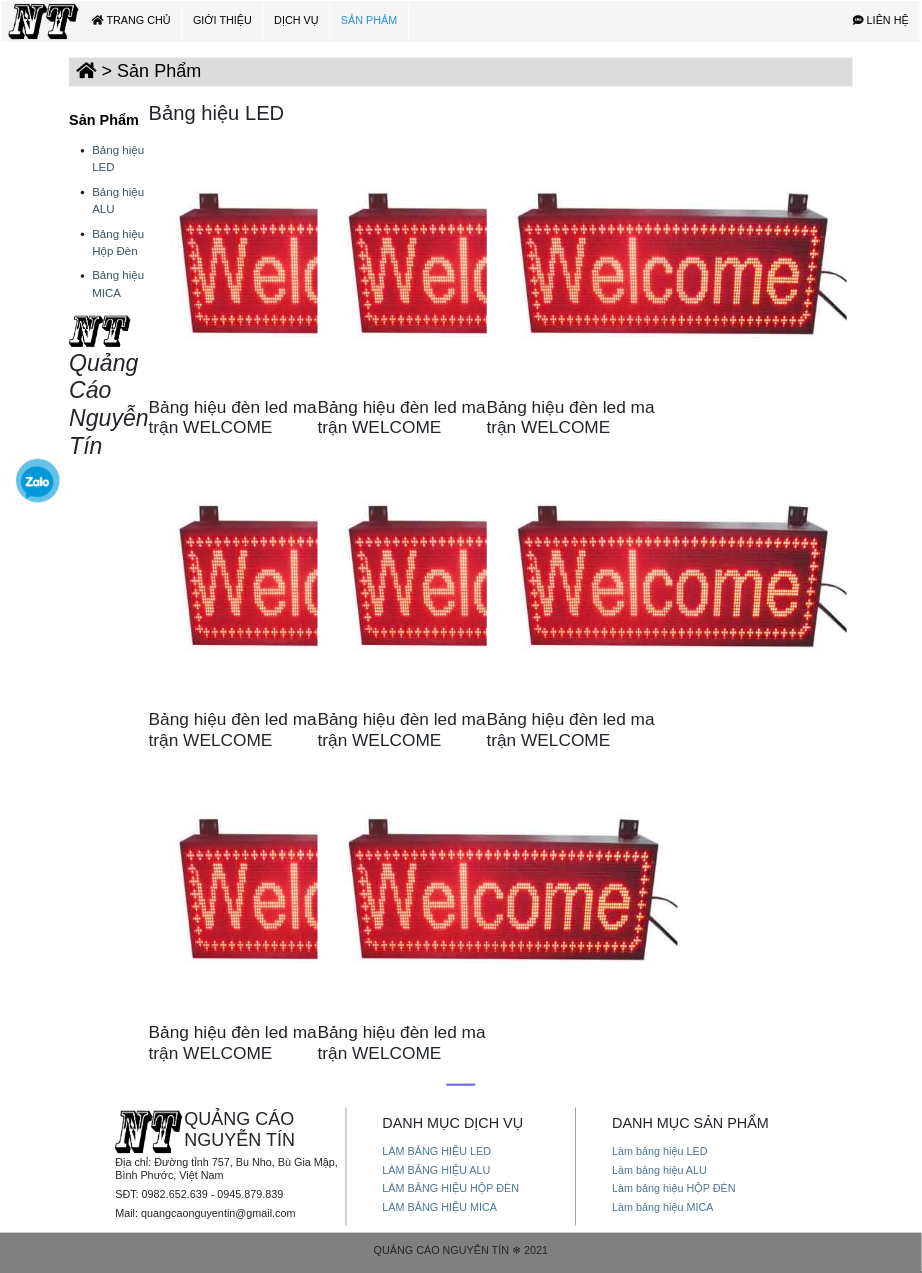
Repository: Haunguyen42193/quangcaonguyentin.github.io
Page: product.html
An editor plug-in stored every save of this project. The page is shown before and after the next save, followed by the edit.
The browser window is 1280 px wide. The pictures show the whole page, at 72% of full size.
Some web fonts or font styles are not loaded; a fallback is used. Some web libraries are served in a nearby version.

Above is the page before, as saved 2021-10-13 16:48:00.
Console error: ReferenceError: init is not defined

### product.html
<!DOCTYPE html>
<html lang="en">
<head>
    <meta charset="UTF-8">
    <meta http-equiv="X-UA-Compatible" content="IE=edge">
    <meta name="viewport" content="width=device-width, initial-scale=1.0">
    <meta http-equiv="refresh" content="18000"/>
    <title>Quảng Cáo Nguyễn Tín</title>
    <link rel="shotcut icon" href="images/logo2.png"/>
    <link
    rel="stylesheet"
    href="https://cdnjs.cloudflare.com/ajax/libs/animate.css/4.1.1/animate.min.css"
    />
    <!--carousel-->
    <link href="https://cdn.jsdelivr.net/npm/bootstrap@5.1.0/dist/css/bootstrap.min.css" rel="stylesheet" integrity="sha384-KyZXEAg3QhqLMpG8r+8fhAXLRk2vvoC2f3B09zVXn8CA5QIVfZOJ3BCsw2P0p/We" crossorigin="anonymous">
    <!--font awesome-->
    <link rel="stylesheet" href="https://pro.fontawesome.com/releases/v5.10.0/css/all.css" integrity="sha384-AYmEC3Yw5cVb3ZcuHtOA93w35dYTsvhLPVnYs9eStHfGJvOvKxVfELGroGkvsg+p" crossorigin="anonymous"/>
    <!--css-->
    <link rel="stylesheet" href="CSS/styleproduct.css"/>
    <!--font chữ-->
    <link rel="preconnect" href="https://fonts.googleapis.com">
    <link rel="preconnect" href="https://fonts.gstatic.com" crossorigin>
    <link href="https://fonts.googleapis.com/css2?family=K2D:wght@600&display=swap" rel="stylesheet">
    <!-- JavaScript Bundle with Popper -->
    <script src="https://cdn.jsdelivr.net/npm/bootstrap@5.1.0/dist/js/bootstrap.bundle.min.js" integrity="sha384-U1DAWAznBHeqEIlVSCgzq+c9gqGAJn5c/t99JyeKa9xxaYpSvHU5awsuZVVFIhvj" crossorigin="anonymous"></script>
    <!--Jquery-->
    <script src="Js/jquery-3.6.0.min.js"></script>
    <!--wowjs-->
    <script src="https://cdnjs.cloudflare.com/ajax/libs/wow/1.1.2/wow.min.js" integrity="sha512-Eak/29OTpb36LLo2r47IpVzPBLXnAMPAVypbSZiZ4Qkf8p/7S/XRG5xp7OKWPPYfJT6metI+IORkR5G8F900+g==" crossorigin="anonymous" referrerpolicy="no-referrer"></script>

</head>
<body onload="init()">
    <script src="Js/jsproduct.js"></script>
    <!--Menu-->
    <nav class="header-menu">
        <div class="menu">
            <div class="logo">
                <a href="homepage.html"><img src="images/logo2.png" alt="bang quang cao tiem" id="logotiem"/></a>
            </div>
            <ul>
                <li><a href="homepage.html"><i class="fas fa-home"></i> TRANG CHỦ</a></li>
                <li><a href="introduce.html">GIỚI THIỆU</a></li>
                <li class="sub"><a href="service.html">DỊCH VỤ</a>
                    <ul class="menu subcontent">
                        <li><a href="service.html#tab1" rel="service.html#LED">LÀM BẢNG HIỆU LED</a></li>
                        <li><a href="service.html#tab2" rel="service.html#ALU">LÀM BẢNG HIỆU ALU</a></li>
                        <li><a href="service.html#tab3" rel="service.html#Hd">LÀM BẢNG HIỆU HỘP ĐÈN</a></li>
                        <li><a href="service.html#tab4" rel="service.html#MICA">LÀM BẢNG HIỆU MICA</a></li>
                    </ul>
                </li>
                <li class="sub"><a href="product.html" class="chose">SẢN PHẢM</a>
                    <ul class="menu subcontent">
                        <li><a href="#">BẢNG HIỆU LED</a></li>
                        <li><a href="#">BẢNG HIỆU ALU</a></li>
                        <li><a href="#">BẢNG HIỆU HỘP ĐÈN</a></li>
                        <li><a href="#">BẢNG HIỆU MICA</a></li>
                    </ul>
                </li>
                <li><a href="contact.html"><i class="fas fa-sms"></i> LIÊN HỆ</a></li>
            </ul>
        </div>
    </nav>
    <!--page-->
    <section>
        <div class="page">
            <div>
                <a href="homepage.html" title="Trang chủ"><i class="fas fa-home"></i></a>
                <span>></span>
                <span class="move">Sản Phẩm</span>
            </div>
        </div>
    </section>
    <!--go to top-->
    <section>
        <div>
            <a id="goToTop" href="javascript:;"><i class="fas fa-chevron-up" title="GO TO TOP"></i></a>
        </div>
    </section>
    <!--zalo-->
    <section >
        <div class="zalo">
            <a href="https://zalo.me/0982652639" target="_blank"><img src="images/icon-zalo1.png"/></a>
        </div>
        <div class="zalo-circle"></div>
        <div class="zalo-circle-small"></div>
    </section>

    <!--product-->
    <section class="product">
        <div class="product-menu">
            <h5><strong>Sản Phẩm</strong></h5>
            <ul>
                <li><a href="">Bảng hiệu LED</a></li>
                <li><a href="">Bảng hiệu ALU</a></li>
                <li><a href="">Bảng hiệu Hộp Đèn</a></li>
                <li><a href="">Bảng hiệu MICA</a></li>
            </ul>
            <img src="images/logo2.png" alt="image"/>
            <h2><i>Quảng Cáo Nguyễn Tín</i></h2>
        </div>
        <div class="product-contents">
            <div class="product-content">
                <h3>Bảng hiệu LED</h3>
                <div class="product-content-contents">
                    <div>
                        <img src="images/led.jpg" alt="image"/>
                        <h4>Bảng hiệu đèn led ma trận WELCOME</h4>
                    </div>
                    <div>
                        <img src="images/led.jpg" alt="image"/>
                        <h4>Bảng hiệu đèn led ma trận WELCOME</h4>
                    </div>
                    <div>
                        <img src="images/led.jpg" alt="image"/>
                        <h4>Bảng hiệu đèn led ma trận WELCOME</h4>
                    </div>
                    <div>
                        <img src="images/led.jpg" alt="image"/>
                        <h4>Bảng hiệu đèn led ma trận WELCOME</h4>
                    </div>
                    <div>
                        <img src="images/led.jpg" alt="image"/>
                        <h4>Bảng hiệu đèn led ma trận WELCOME</h4>
                    </div>
                    <div>
                        <img src="images/led.jpg" alt="image"/>
                        <h4>Bảng hiệu đèn led ma trận WELCOME</h4>
                    </div>
                    <div>
                        <img src="images/led.jpg" alt="image"/>
                        <h4>Bảng hiệu đèn led ma trận WELCOME</h4>
                    </div>
                    <div>
                        <img src="images/led.jpg" alt="image"/>
                        <h4>Bảng hiệu đèn led ma trận WELCOME</h4>
                    </div>
                </div>
            </div>
        </div>
    </section>
    <div class="line"></div>

    <!--foot-contact-->
    <section>
        <div class="foot-contacts">
          <div class="foot-contact">
            <img src="images/logo2.png" alt="logo" class="foot-logo" />
            <h1>QUẢNG CÁO NGUYỄN TÍN</h1>
            <h2>Địa chỉ: Đường tỉnh 757, Bu Nho, Bù Gia Mập, Bình Phước, Việt Nam</h2>
            <h2>SĐT: 0982.652.639 - 0945.879.839</h2>
            <h2>Mail: quangcaonguyentin@gmail.com</h2>
          </div>
          <div class="foot-service">
            <div class="foot-service-title">
              <h1>DANH MỤC DỊCH VỤ</h1>
            </div>
            <h2><a href="service.html#tab1" rel="service.html#LED">LÀM BẢNG HIỆU LED</a></h2>
            <h2><a href="service.html#tab2" rel="service.html#ALU">LÀM BẢNG HIỆU ALU</a></h2>
            <h2><a href="service.html#tab3" rel="service.html#Hd">LÀM BẢNG HIỆU HỘP ĐÈN</a></h2>
            <h2><a href="service.html#tab4" rel="service.html#MICA">LÀM BẢNG HIỆU MICA</a></h2>
          </div>
          <div class="foot-product">
            <div class="foot-service-title">
              <h1>DANH MỤC SẢN PHẨM</h1>
            </div>
            <h2><a href="#">Làm bảng hiệu LED</a></h2>
            <h2><a href="#">Làm bảng hiệu ALU</a></h2>
            <h2><a href="#">Làm bảng hiệu HỘP ĐÈN</a></h2>
            <h2><a href="#">Làm bảng hiệu MICA</a></h2>
          </div>
        </div>
    </section>
    <!--foot-->
    <div class="web-foot">
        <h2>QUẢNG CÁO NGUYỄN TÍN &#10052 2021</h2>
    </div>
</body>
</html>

### CSS/styleproduct.css
body {
    font-family: 'K2D', sans-serif;
    font-size: 15px;
    background-color: white;
    background-repeat: no-repeat;
    background-attachment: fixed;
    /* background:linear-gradient( #F18D9E, #E6D72A, #5BC8AC, #98DBC6); */
}
/*menu*/
.header-menu{
    width:100%;
    background-color: whitesmoke;
    padding-left: 10px;
    border: 2px solid white;
    position: fixed;
    z-index:99;
    top:0;
    left:0;

}
img#logotiem{
    width:100px;
    float:left;
}
div.menu > ul{
    display:flex;
    /* justify-content: center;
    align-items: center; */
}
div.menu ul{
    list-style-type: none;
    margin: 0;
    padding:0;
    background-color: whitesmoke;
}
div.menu ul li:last-child{
    margin-left: auto;
}
.subcontent{
    display:none;
    background: linear-gradient(gray, rgb(224, 222, 222));
}
.sub:hover .subcontent{
    display: block;
    position:absolute;
    width: 230px;
}

div.menu ul li{
    margin-bottom: 0px;
    position:relative;
    border-right: 1px solid white;
}

div.menu ul li a::before{
    content: '';
     position: absolute;
     bottom: -7px;
     left: 0px;
     width: 100%;
     height: 5px;
     background-color: #0cacdd;
     border-radius: 8px 8px 0 0;
     opacity: 0;
     transition: 0.3s;
}

div.menu ul li a:hover:before{
    opacity: 1;
    bottom:0;
}
div.menu ul li a{
    text-decoration: none;
    display: block;
    padding: 15px;
}
a:link{
    color:black;
}
a:visited{
    color:black;
}
a:hover{
    background-color: rgb(37, 32, 32);
    color: #2591d8;
}
a:active{
    color:rgb(35, 23, 201);
}

.subcontent::before{
    content: " ";
    border-width: 10px;
    border-style: solid;
    border-color:transparent transparent gray transparent;
    position: absolute;
    bottom: 100%;
    left:15%;
}
.chose{
    color: #2591d8 !important;
}
/*gototop*/
#goToTop {
    position: fixed;
    font-size: 30px;
    border-radius: 50%;
    z-index: 99;
    padding: 0 10px;
    border: 2px solid red;
    color: red;
    opacity: 0.5;
    right: 10px;
    bottom: 10px;
}
/*zalo*/
.zalo{
    position: fixed;
    z-index: 999;
    left: 29px;
    bottom: 28px;
    width: 3.5%;
}
.zalo-circle{
    position: fixed;
    z-index: 998;
    left: 15px;
    bottom: 15px;
    width: 75px;
    height: 75px;
    border: 20px solid #0098da;
    border-radius: 50%;
    opacity: 0;
    animation: zalo-ring-circle 2s infinite ease-out;
}
.zalo-circle-small{
    position: fixed;
    z-index: 998;
    left: 5px;
    bottom: 5px;
    width: 95px;
    height: 95px;
    border: 3px solid #0098da;
    border-radius: 50%;
    opacity: 0;
    animation: zalo-ring-circle-small 2s infinite ease-out;
}
.zalo img{
    width: 100%;
    animation:zalo-ring 1s infinite ease-in-out;
}
.zalo > a:hover{
    background-color: transparent;
}
@keyframes zalo-ring{
    0%{
        transform:rotate(0) scale(1) skew(1deg)
    }
    10%{
        transform:rotate(-25deg) scale(1.05) skew(1deg)
    }
    20%{
        transform:rotate(25deg) scale(1) skew(1deg)
    }
    30%{
        transform:rotate(-25deg) scale(1.05) skew(1deg)
    }
    40%{
        transform:rotate(25deg) scale(1) skew(1deg)
    }
    50%{
        transform:rotate(0) scale(1) skew(1deg)
    }
    100%{
        transform:rotate(0) scale(1) skew(1deg)
    }
}
@keyframes zalo-ring-circle{
    0%{
        transform: scale(0.8); opacity: 0.6;
    }
    50%{
        transform: scale(1); opacity: 0.6;
    }
    100%{
        transform: scale(0.8); opacity: 0.6;
    }
}
@keyframes zalo-ring-circle-small{
    0%{
        transform: scale(0.8); opacity: 0.6;
    }
    50%{
        transform: scale(1); opacity: 0.3;
    }
}
/*foot contact*/
.foot-contacts {
    display: flex;
    position: relative;
    top: 150px;
    justify-content: center;
}
.foot-contacts h2{
    font-size: 15px;
}
.foot-contact {
    display: flex;
    width: 350px;
    flex-wrap: wrap;
    width: 25%;
}
.foot-logo{
    width:30%;
}
.foot-contact h1{
    width: 50%;
    font-size: 25px;
}
.foot-service{
    position: relative;
    border-right: 1px solid gray;
    width:25%;
    padding: 0 50px;
    border-left: 1px solid gray;
}
.foot-product{
    position: relative;
    width: 25%;
    padding: 0 50px;
}
.foot-service-title h1{
    font-size: 20px;
    padding-bottom: 10px;
    padding-top: 10px;
}
.foot-contacts a{
    text-decoration: none;
}
.foot-contacts a:link{
    color: #4b7494;
}
.foot-contacts a:visited{
    color: #4b7494;
}
.foot-contacts a:hover{
    color: #0c0e0f;
    background-color: white;
}
.foot-contacts a:active{
    color: #124c79;
}
/*web foot*/
.web-foot{
    background-color: gray;
    position: relative;
    top: 100px;
    padding: 15px;
    margin-top: 60px;
}
.web-foot > h2{
    text-align: center;
    font-size: 15px;
}
/*page*/
.page{
    color: black;
    position: relative;
    top: 80px;
    width: 85%;
    margin: auto;
    height: 40px;
    background-color: gainsboro;
    font-size: 25px;
}
.page div{
    padding-left: 10px;
}
.page a:hover{
    background-color: transparent;
    color: black;
}
.line{
    height: 3px;
    background-color: rgb(109, 107, 224);
    width: 40px;
    margin: 0 auto;
    position: relative;
    top: 120px;
}
/*product*/
.product{
    position: relative;
    top: 100px;
    width: 85%;
    margin: auto;
    display: flex;
}
div.product-menu{
    width: 20%;
    margin-top: 1em;
    position: relative;
}
div.product-menu h5{
    color: rgb(0, 0, 0);
}
div.product-menu > ul > li{
    font-size: 16px;
    padding-top: 10px;
}
div.product-menu > ul > li a{
    text-decoration: none;
    color: #375268;
}

div.product-menu > ul > li a:hover{
    background-color: transparent;
    color: blue;
}
div.product-menu img{
    width: 80%;
}
div.product-content-contents{
    display: flex;
    flex-wrap: wrap;
    width: 80%;
}
div.product-content-contents > div{
    width: 30%;
}

### Js/jsproduct.js
$(document).ready(function() {
    wow = new WOW({
        boxClass:     'wow',      // default
        animateClass: 'animate__animated', // default
        offset:       0,          // default
        mobile:       true,       // default
        live:         true        // default
    })
    wow.init();
    $("#goToTop").hide()
    $(window).scroll(function() {

        if($(this).scrollTop() >= 90){
            $("#goToTop").show("slow");
        }
        else{
            $("#goToTop").hide("slow");
        }
    })
    $("#goToTop").click(function() {
        $("html, body").animate({
            scrollTop: 0
        }, 1000);
    })
})

Loaded but not shown: Js/jquery-3.6.0.min.js (library)

After the next save:
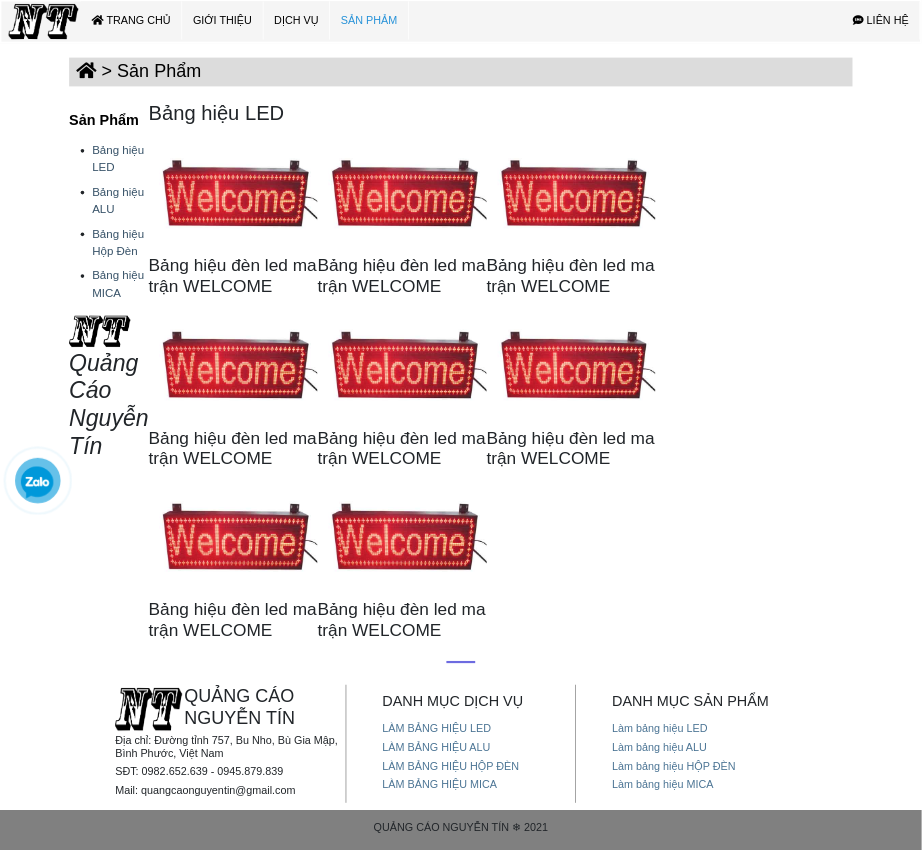
Saved 35 s later.
--- a/CSS/styleproduct.css
+++ b/CSS/styleproduct.css
@@ -328,3 +328,6 @@ div.product-content-contents{
 div.product-content-contents > div{
     width: 30%;
 }
+div.product-content-contents > div > img{
+    width: 100%;
+}
